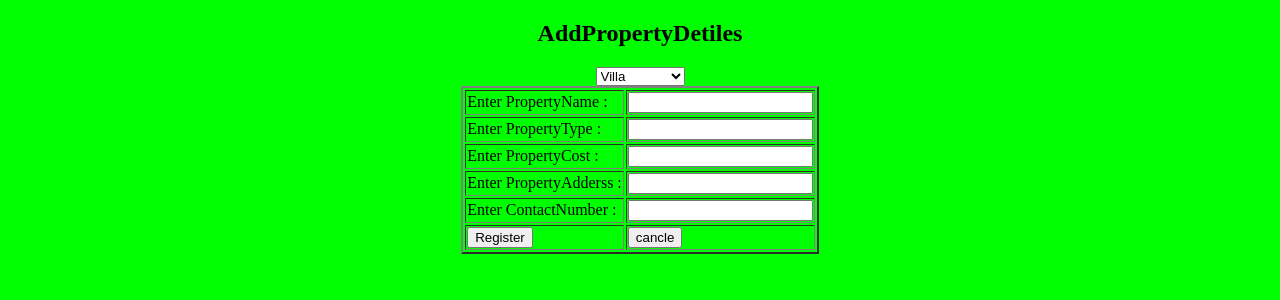
Repository: khadri2021/A2023_Task_Property_Management
Page: http://localhost/AdderssMakersWeb/Add.jsp
These files come from the project's save history. The page is drawn as it stood at one moment and after the next save; the edit follows.
The browser window is 1280 px wide. The pictures show the whole page.
The page is served by Tomcat 9.

Above is the page before, as saved 2024-02-11 11:30:34.

After the next save:
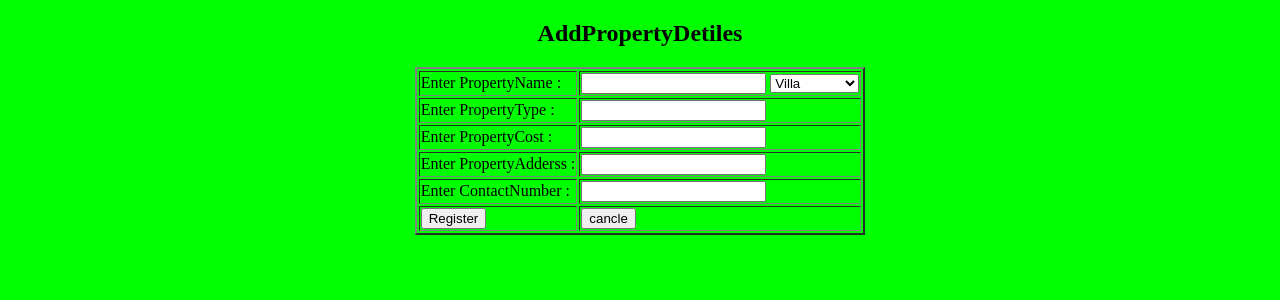
Saved 64 s later.
--- a/AdderssMakersWeb/WebContent/Add.jsp
+++ b/AdderssMakersWeb/WebContent/Add.jsp
@@ -14,14 +14,14 @@
 <table border="2">
 <tr>
 <td>Enter PropertyName :</td>
-<td><input type="text" name="ProName"></td>
+<td><input type="text" name="ProName">
 <select name="Types">
 <option value="Villa">Villa
 <option value="Gesthouse">GestHouse
 <option value="Villa">Villa
 <option value="Villa">Villa
 <option value="House">House
-
+</td>
 
 
 
